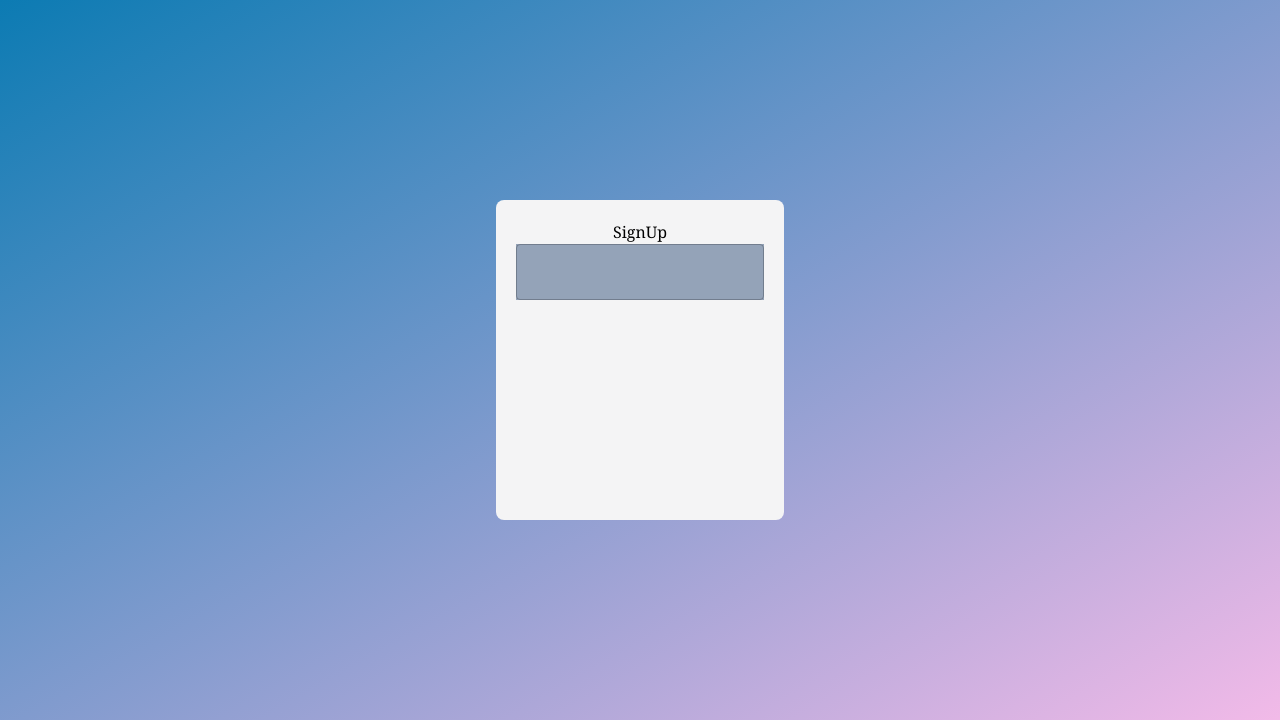
Repository: dhanapal2205/sazsfinance
Page: /SignUp
These files come from the project's save history. The page is drawn as it stood at one moment and after the next save; the edit follows.
The browser window is 1280 px wide. The pictures show the whole page.
The project was rebuilt for these pictures with package versions that can differ from the ones it lists, and the page was loaded fresh each time. The framework's server and built-in components were replaced by stand-ins that run in the browser. Also part of the build but not shown: next.config.js.

Above is the page before, as saved 2023-04-07 10:55:18.

After the next save:
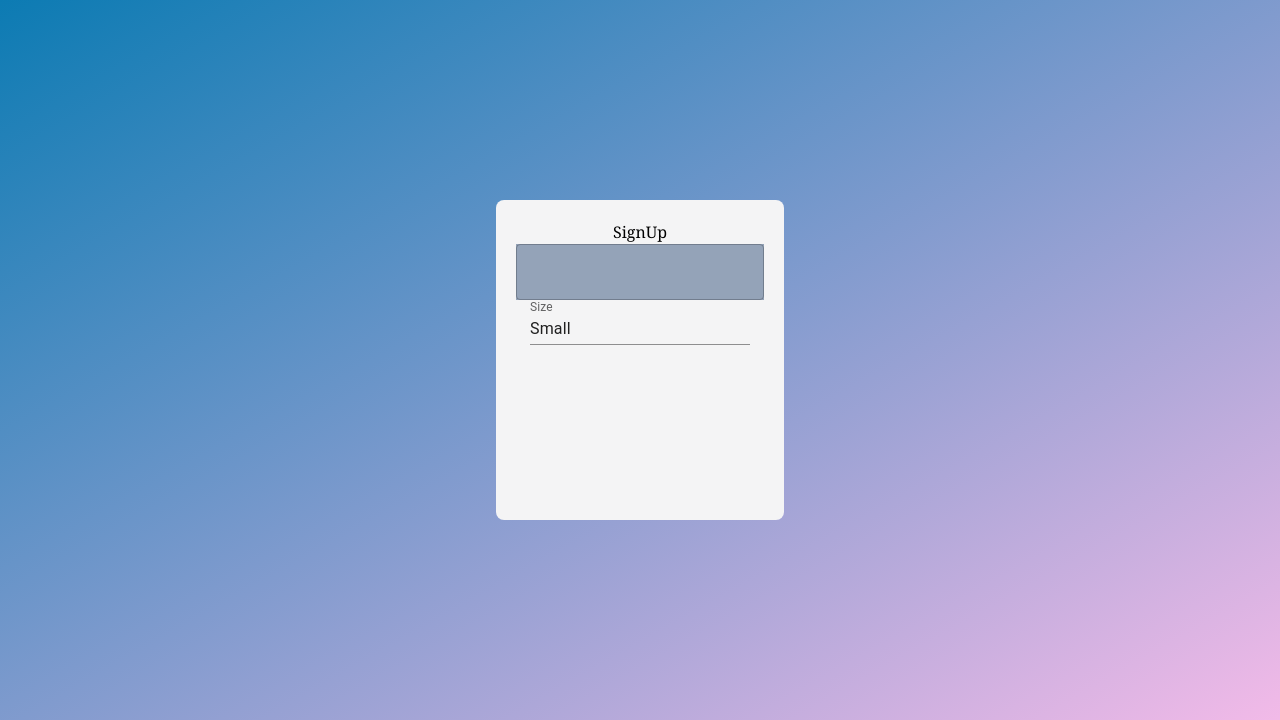
Saved 110 s later.
--- a/pages/SignUp.js
+++ b/pages/SignUp.js
@@ -9,6 +9,13 @@ const SignUp = () => {
       <div className='place-items-center flex flex-col mt-5 ' >
         <p className='font-sans md:font-serif ' > SignUp</p>
 <TextField className='bg-slate-400 hover:bg-white place-content-center  ' />
+<TextField
+          label="Size"
+          id="standard-size-small"
+          defaultValue="Small"
+          size="small"
+          variant="standard"
+        />
 
       </div>
 
